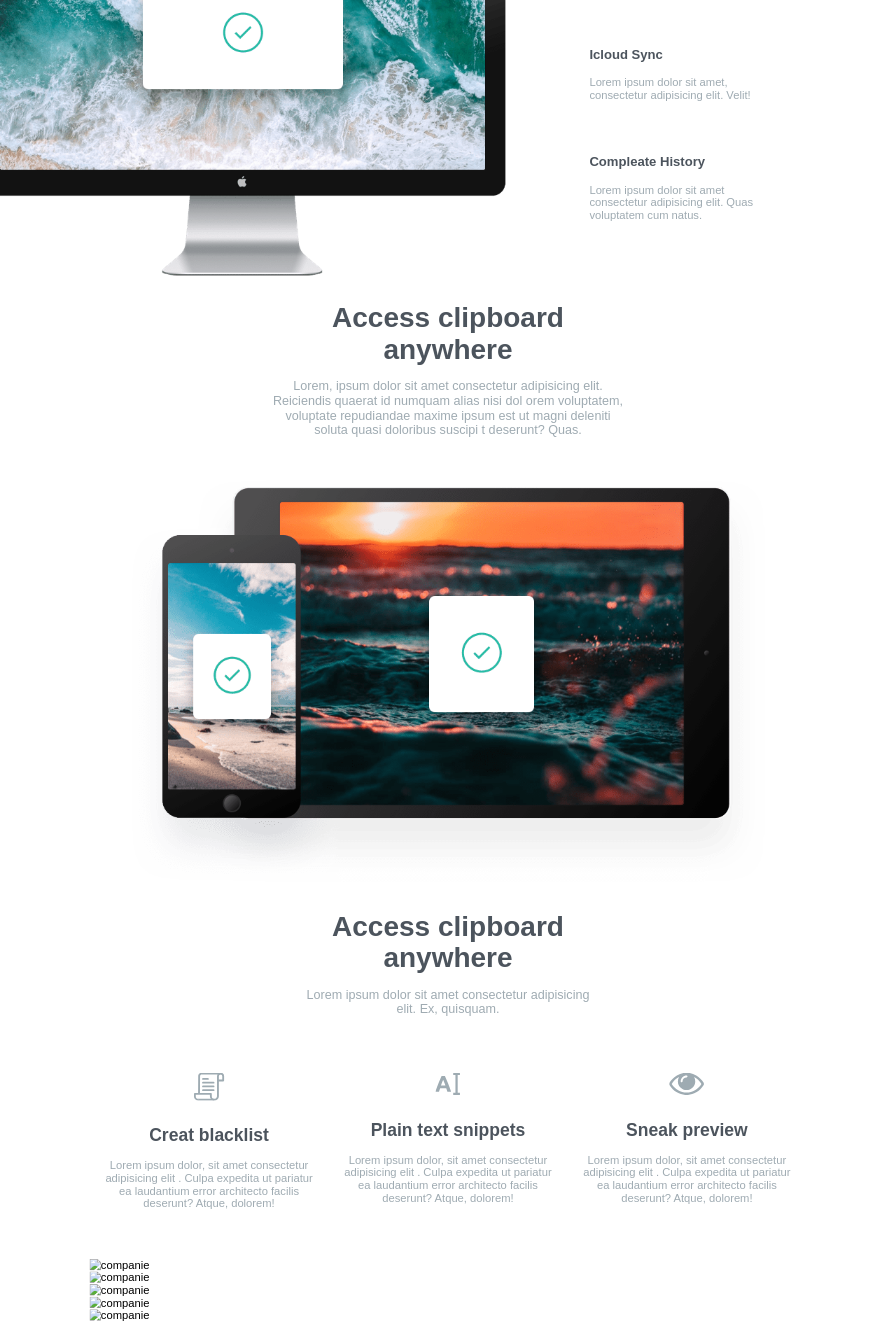
Repository: AbuMulla-Mohammad/clipboard
Page: index.html
The author's editor kept a copy of each file at every save. The page is drawn from the files as they stood at one save, then again after the next save.
The browser window is 1280 px wide. The pictures show the part of the page from y = 1048 to 2968 px (the page is 2937 px tall before and 2968 px after), at 70% of full size.
Some web fonts or font styles are not loaded; a fallback is used.

Above is the page before, as saved 2023-11-01 11:09:39.

### index.html
<!DOCTYPE html>
<html lang="en">
<head>
    <meta charset="UTF-8">
    <meta name="viewport" content="width=device-width, initial-scale=1.0">
    <!-- linke the font family -->
    <link rel="preconnect" href="https://fonts.googleapis.com">
    <link rel="preconnect" href="https://fonts.gstatic.com" crossorigin>
    <link href="https://fonts.googleapis.com/css2?family=Bai+Jamjuree:wght@400;600&display=swap" rel="stylesheet">
    <!-- main project style -->
    <link rel="stylesheet" href="css/style.css">
    <title>Document</title>
</head>
<body>

    <!-- start master section -->
<div class="master-section">
    <div class="container">
        <div class="logo">
            <img src="images/logo.svg" alt="logo ">
        </div>
        <div class="content">
            <h1>A history of everything you copy</h1>
            <p>Clipboard allows you to track and orgnize everything you copy.instally access your clipboard on all your devices.</p>
        </div>
        <form action="">
            <input class="ios" type="button" value="Download for iOS">
            <input class="mac" type="button" value="Download for Mac">
        </form>
    </div>
</div>
<!-- end master section -->
<!-- start track -->
<div class="track">
    <div class="contianer">
        <div class="main-heading">
            <h2>Keep track of your snippest</h2>
            <p>Lorem, ipsum dolor sit amet consectetur adipisicing
                elit. Reiciendis quaerat id numquam alias nisi dol
                orem voluptatem, voluptate repudiandae maxime ipsum
                est ut magni deleniti soluta quasi doloribus suscipi
                t deserunt? Quas.
            </p>

        </div>
    </div>
    <img src="images/image-computer.png" alt="computer">
    <!-- <div class="clr"></div> -->
    <div class="items">
        <div class="item">
            <h3>quick search</h3>
            <p>Lorem ipsum dolor sit amet consectetur adipisicing elit
                . Saepe voluptatum repellendus quaerat.</p>
        </div>
        <div class="item">
            <h3>icloud sync</h3>
            <p>Lorem ipsum dolor sit amet, consectetur adipisicing elit. Velit!</p>
        </div>
        <div class="item">
            <h3>compleate history</h3>
            <p>Lorem ipsum dolor sit amet consectetur adipisicing elit. Quas voluptatem cum natus.</p>
        </div>
    </div>
</div>
<!-- end track -->
<!--start access  -->
<div class="access">
    <div class="main-heading">
        <h2>Access clipboard anywhere</h2>
        <p>Lorem, ipsum dolor sit amet consectetur adipisicing
            elit. Reiciendis quaerat id numquam alias nisi dol
            orem voluptatem, voluptate repudiandae maxime ipsum
            est ut magni deleniti soluta quasi doloribus suscipi
            t deserunt? Quas.
        </p>

    </div>
    <div class="image">
        <img src="images/image-devices.png" alt="devices">
    </div>
</div>
<!-- end access -->

<!-- start workflow -->
<div class="workflow">
    <div class="container">
        <div class="main-heading">
            <h2>Access clipboard anywhere</h2>
            <p>Lorem ipsum dolor sit amet consectetur adipisicing elit. Ex, quisquam.
            </p>

        </div>
        <div class="workflow-items">
            <div class="item">
                <img src="images/icon-blacklist.svg" alt="blacklist">
                <h3>Creat blacklist</h3>
                <p>Lorem ipsum dolor, sit amet consectetur adipisicing elit
                    . Culpa expedita ut pariatur ea laudantium
                    error architecto facilis deserunt? Atque, dolorem!</p>
            </div>
            <div class="item">
                <img src="images/icon-text.svg" alt="text">
                <h3>Plain text snippets</h3>
                <p>Lorem ipsum dolor, sit amet consectetur adipisicing elit
                    . Culpa expedita ut pariatur ea laudantium
                    error architecto facilis deserunt? Atque, dolorem!</p>
            </div>
            <div class="item">
                <img src="images/icon-preview.svg" alt="preview">
                <h3>Sneak preview</h3>
                <p>Lorem ipsum dolor, sit amet consectetur adipisicing elit
                    . Culpa expedita ut pariatur ea laudantium
                    error architecto facilis deserunt? Atque, dolorem!</p>
            </div>
        </div>
        <div class="Companies">
            <div class="companie">
                <img src="" alt="companie">
            </div>
            <div class="companie">
                <img src="" alt="companie">
            </div>
            <div class="companie">
                <img src="" alt="companie">
            </div>
            <div class="companie">
                <img src="" alt="companie">
            </div>
            <div class="companie">
                <img src="" alt="companie">
            </div>
        </div>
    </div>
</div>
<!-- end workflow -->


</body>
</html>

### css/style.css
/* start global rules */
*{
    padding: 0;
    margin: 0;
    box-sizing: border-box;
}
img{
    display: block;
}
.clr{
    clear: both;
}
:root{
    --Strong-Cyan: hsl(171, 66%, 44%);
    --Light-Blue: hsl(233, 100%, 69%);
    --Dark-Grayish-Blue: hsl(210, 10%, 33%);
    --Grayish-Blue: hsl(201, 11%, 66%);
}
body{
    font-family: "Bai Jamjuree",sans-serif;
}

.container{
    width: 80%;
    margin: 0 auto 0;

}
.main-heading{
    padding: 40px 0;
    text-align: center;
    margin: auto;
    width: 40%;
}
.main-heading h2{
    margin-bottom: 20px;
    font-size: 40px;
    color: var(--Dark-Grayish-Blue);
    font-weight: 600;
}
.main-heading p{
    font-size: 18px;
    color: var(--Grayish-Blue);
    margin-bottom: 20px;
}
/* end */
/* start master section */
.master-section{
    background-image: url(../images/bg-header-desktop.png);
    height: 80vh;
    background-size: cover;
    text-align: center;
    padding-top: 1px;
}
.master-section .logo{
    margin: 40px auto;
}
.master-section .logo img{
    margin: 0 auto 0;
}
.master-section .content h1{
    margin-bottom: 20px;
    font-weight: 600;
    color: var(--Dark-Grayish-Blue);
    font-size: 40px;
}
.master-section .content p{
    margin: 20px 0px;
    font-size: 18px;
    color: var(--Grayish-Blue);
}
.master-section form input{
    width: 180px;
    height: 50px;
    color: white;
    outline: none;
    border: none;
    border-radius: 30px;
    margin: 40px 20px;
    font-weight: 600;
    font-size: 14px;
    font-family: "Bai Jamjuree",sans-serif;
}
.master-section form .ios{
    background-color: var(--Strong-Cyan);
}
.master-section form .mac{
    background-color: var(--Light-Blue);
}
/* end master section */
/* start track section */
.track{

}
.track img{
    float: left;
    margin:0 120px 10px -30px;

}
.track .items{
    width: 20%;
    overflow: hidden;
}
.track .items .item{
    margin: 75px 0;
    /* background-color: red; */
}
.track .items .item h3{
    text-transform: capitalize;
    color: var(--Dark-Grayish-Blue);
    margin-bottom: 20px;
}
.track .items .item p{
    color: var(--Grayish-Blue);
}
/* end track secton */

/* start access  */
    .image{
        width: fit-content;
        margin: auto;
    }
/* end access */

/* start workflow */
.workflow{

}
.workflow .workflow-items{
    margin-bottom: 50px;
    overflow: hidden;
}
.workflow .workflow-items .item{
    float: left;
    width: 33.33%;
    text-align: center;
    padding: 20px;

}
.workflow .workflow-items .item img{
    margin: auto;
    margin-bottom: 35px;
}
.workflow .workflow-items .item h3{
    margin-bottom: 20px;
    color: var(--Dark-Grayish-Blue);
    font-size: 25px;
    font-weight: 600;
}
.workflow .workflow-items .item p{
    color: var(--Grayish-Blue);
    font-weight: 400;
}
/* end workflow */

After the next save:
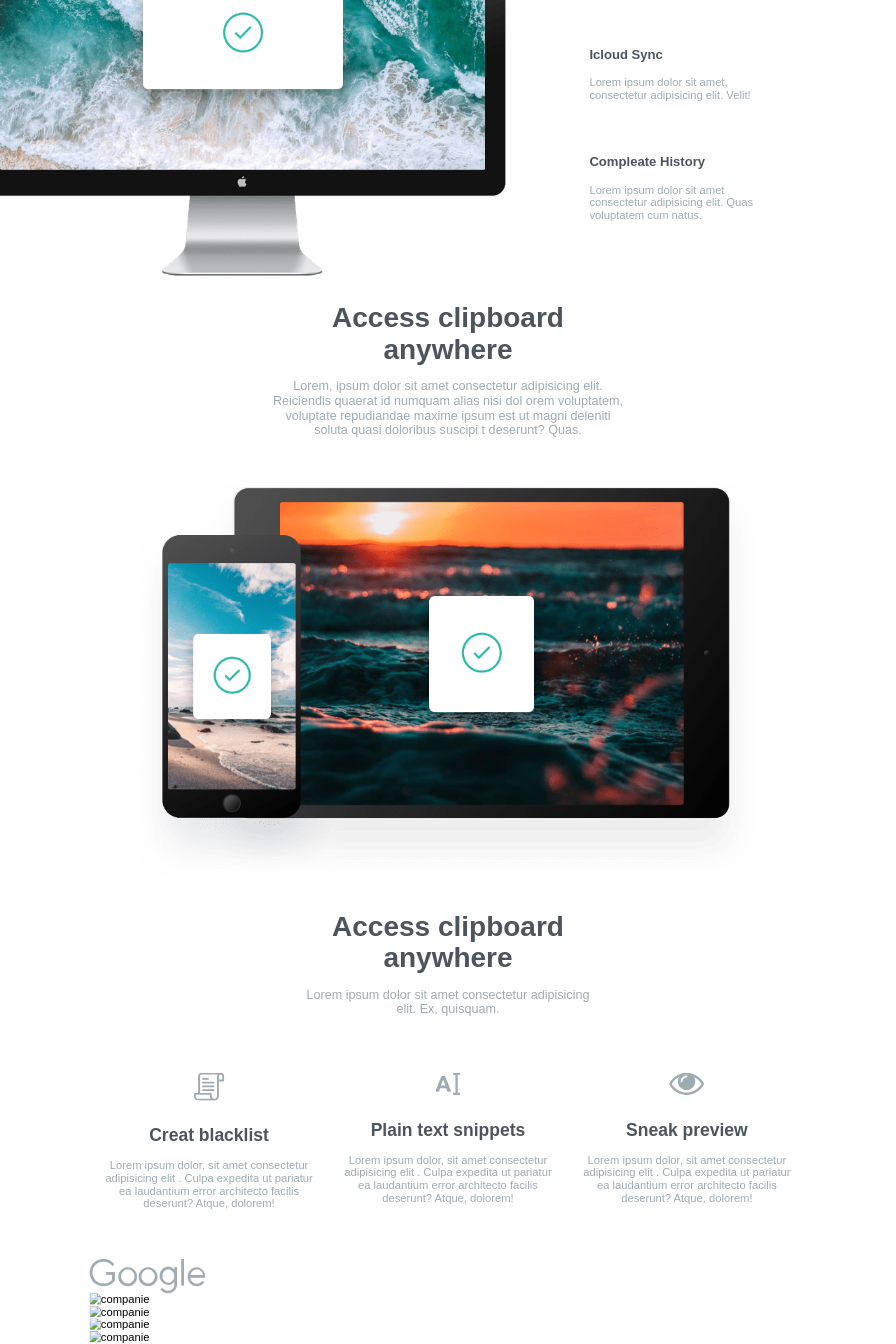
Saved 23 s later.
--- a/index.html
+++ b/index.html
@@ -115,7 +115,7 @@
         </div>
         <div class="Companies">
             <div class="companie">
-                <img src="" alt="companie">
+                <img src="images/logo-google.png" alt="companie">
             </div>
             <div class="companie">
                 <img src="" alt="companie">
